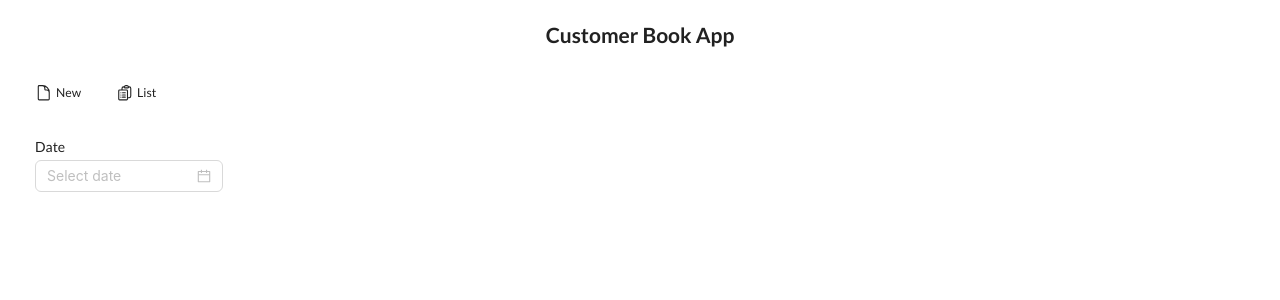
Repository: higirobruce/customerbookapp
Page: /, after clicking the first element matching `div.space-x-1`
An editor plug-in stored every save of this project. The page is shown before and after the next save, followed by the edit.
The browser window is 1280 px wide. The pictures show the whole page.
The project was rebuilt for these pictures with package versions that can differ from the ones it lists, and the page was loaded fresh each time. The framework's server and built-in components were replaced by stand-ins that run in the browser. Also part of the build but not shown: next.config.js, components/layout/sidebar.js.

Above is the page before, as saved 2022-11-24 23:15:08.

### pages/index.js
import Head from "next/head";
import Image from "next/image";
import Sidebar from "../components/layout/sidebar";
import MainScreen from "../components/layout/mainScreen";
import 'semantic-ui-css/semantic.min.css'

const Home = () => {
  return (
    <div className="flex min-h-screen flex-row">
      {/* <Sidebar /> */}
      <MainScreen />
    </div>
  );
};

export default Home;

### components/layout/mainScreen.js
import React, { useState } from "react";
import {
  DocumentIcon,
  ClipboardDocumentListIcon,
} from "@heroicons/react/24/outline";
import RecordsTable from "../common/records";
import Form from "../common/form";

const records = [
  {
    date: "01-Jan-2022",
    designation: "Bobine",
    qty: 1,
    amount: 120000,
    payment: 120000,
    client: "MUREKEZI GUY NJ",
  },{
    date: "02-Jan-2022",
    designation: "Balance",
    qty: 1,
    amount: 70000,
    payment: 70000,
    client: "MUHIZI CLIENT",
  },
];

export default function MainScreen() {
  let [viewPort, setViewPort] = useState("list");

  return (
    <div className="flex flex-col w-full pt-6 space-y-10">
      {/* header */}
      <div className="flex justify-center text-2xl font-semibold">
        Customer Book App
      </div>
      {/* Menu bar */}
      <div className="flex flex-row px-10 space-x-10">
        <div
          className="flex flex-row space-x-1 items-center cursor-pointer"
          onClick={() => setViewPort("new")}
        >
          <DocumentIcon className="h-5 w-5" />
          <div className="text-sm ">New</div>
        </div>

        <div
          className="flex flex-row space-x-1 items-center cursor-pointer"
          onClick={() => setViewPort("list")}
        >
          <ClipboardDocumentListIcon className="h-5 w-5" />
          <div className="text-sm ">List</div>
        </div>
      </div>


      {/* Body */}
      <div className="flex px-10 w-full ">
        {viewPort === "list" && <RecordsTable data={records} />}
        {viewPort === "new" && <Form/>}
      </div>
    </div>
  );
}

### components/common/records.js
import React from "react";
import { Table } from "semantic-ui-react";
import { PencilIcon, TrashIcon } from '@heroicons/react/24/outline'

export default function RecordsTable({ data }) {
    console.log(data)
  return (
    <div className="flex flex-col items-center justify-center w-full">
      <Table compact striped>
        <Table.Header>
          <Table.Row>
            <Table.HeaderCell>Date</Table.HeaderCell>
            <Table.HeaderCell>Designation</Table.HeaderCell>
            <Table.HeaderCell>Quantity</Table.HeaderCell>
            <Table.HeaderCell>Amount</Table.HeaderCell>
            <Table.HeaderCell>Payment</Table.HeaderCell>
            <Table.HeaderCell>Client number</Table.HeaderCell>
            <Table.HeaderCell>Actions</Table.HeaderCell>
          </Table.Row>
        </Table.Header>

        <Table.Body>
          {data.map(($) => {
            return <Table.Row className="text-sm font-thin text-gray-700">
            <Table.Cell>{$.date}</Table.Cell>
            <Table.Cell>{$.designation}</Table.Cell>
            <Table.Cell>{$.qty}</Table.Cell>
            <Table.Cell>{$.amount}</Table.Cell>
            <Table.Cell>{$.payment}</Table.Cell>
            <Table.Cell>{$.client}</Table.Cell>
            <Table.Cell>
                <div className="flex flex-row space-x-5">
                   <PencilIcon className="h-3 w-3 text-yellow-700 cursor-pointer"/>
                   <TrashIcon className="h-3 w-3 text-red-700 cursor-pointer"/>
                </div>
            </Table.Cell>
          </Table.Row>;
          })}
        </Table.Body>
      </Table>
    </div>
  );
}

### components/common/form.js
import React from 'react'
import {DatePicker} from 'antd'

export default function Form() {
  return (
    <div className='grid grid-cols-6'>
      <div className='flex flex-col space-y-1 items-start'>
        <div>Date</div>
        <div><DatePicker/></div>
      </div>
    </div>
  )
}

Loaded but not shown: pages/_app.tsx (common file); styles/globals.css (common file); tailwind.config.js (common file)

After the next save:
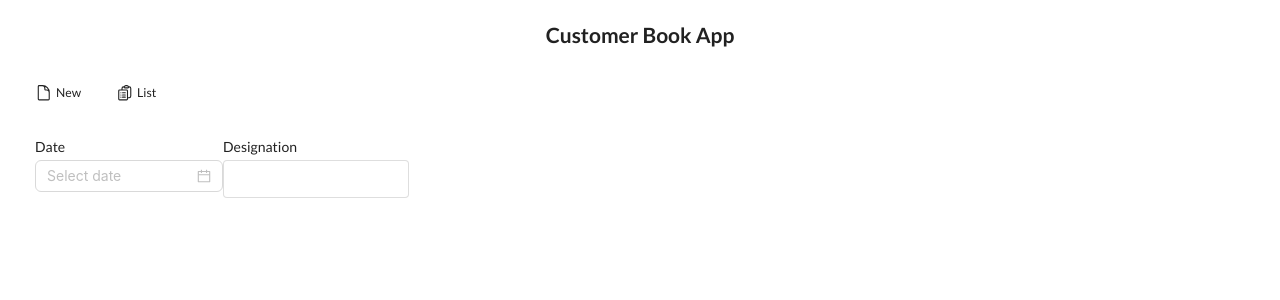
Saved 58 s later.
--- a/components/common/form.js
+++ b/components/common/form.js
@@ -1,5 +1,6 @@
 import React from 'react'
 import {DatePicker} from 'antd'
+import { Input } from 'semantic-ui-react'
 
 export default function Form() {
   return (
@@ -8,6 +9,11 @@ export default function Form() {
         <div>Date</div>
         <div><DatePicker/></div>
       </div>
+
+      <div className='flex flex-col space-y-1 items-start'>
+        <div>Designation</div>
+        <div><Input/></div>
+      </div>
     </div>
   )
 }
